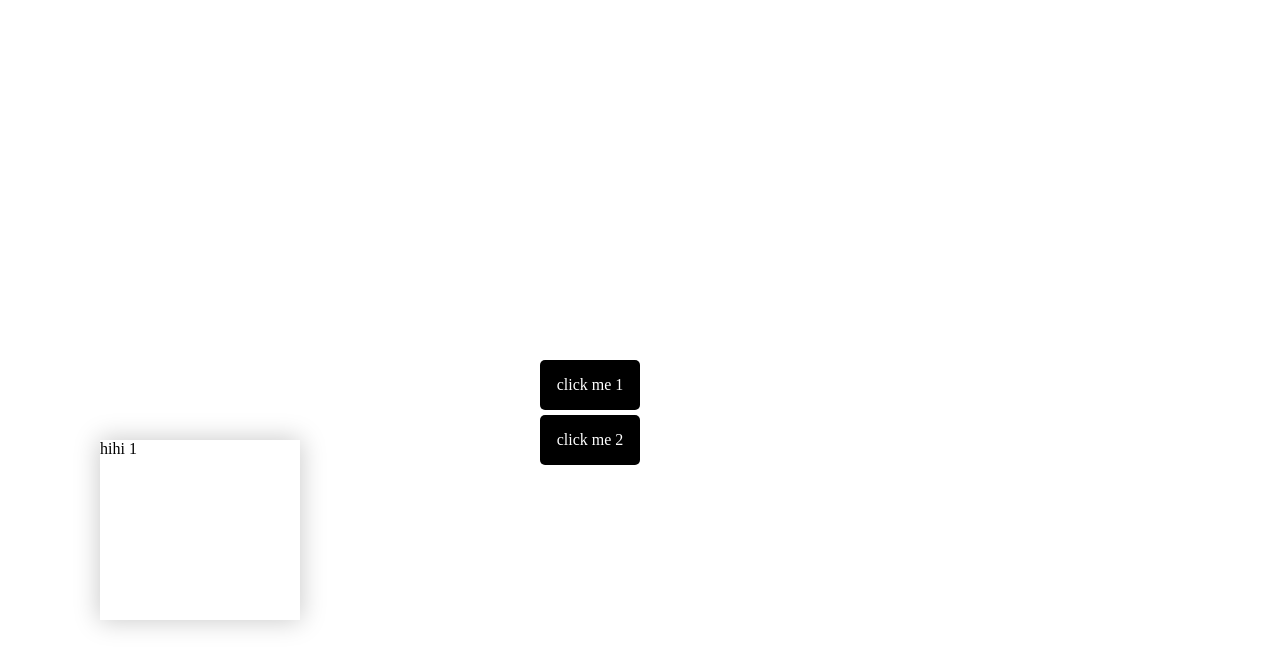
Repository: NguyenDucHung20002/project-demo2
Page: test/test2.html
The author's editor kept a copy of each file at every save. The page is drawn from the files as they stood at one save, then again after the next save.
The browser window is 1280 px wide. The pictures show the whole page.
After loading, the first visible `div.btn` was clicked once.
The style sheet was rebuilt from its Sass, Less or Tailwind sources for each picture, by a compiler version that may differ from the author's.

Above is the page before, as saved 2022-05-21 18:56:33.

After the next save:
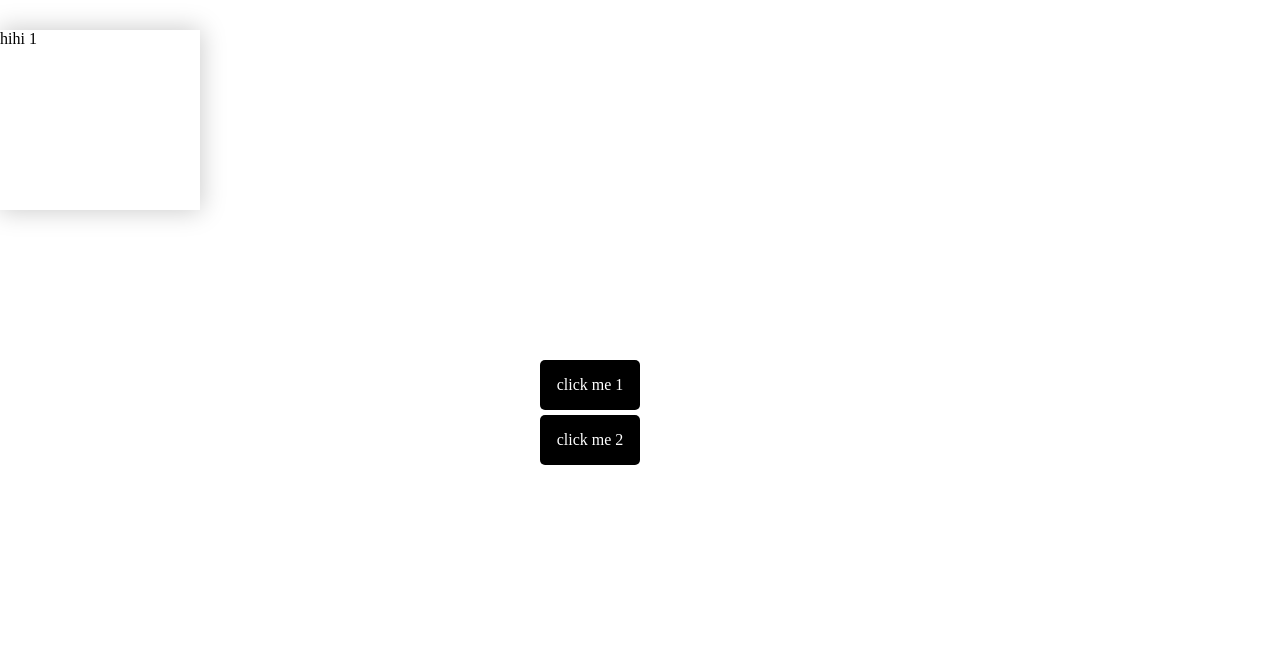
Saved 59 s later.
--- a/test/test2.scss
+++ b/test/test2.scss
@@ -33,13 +33,8 @@
   }
 }
 .active-added-product{
-  position: absolute;
-  bottom: 100px;
-  left: 100px;
   .added-product{
-
     transition: 0.3s;
-
     transition: 0.2s;
     width: 200px;
     height: 180px;

After the save that followed:
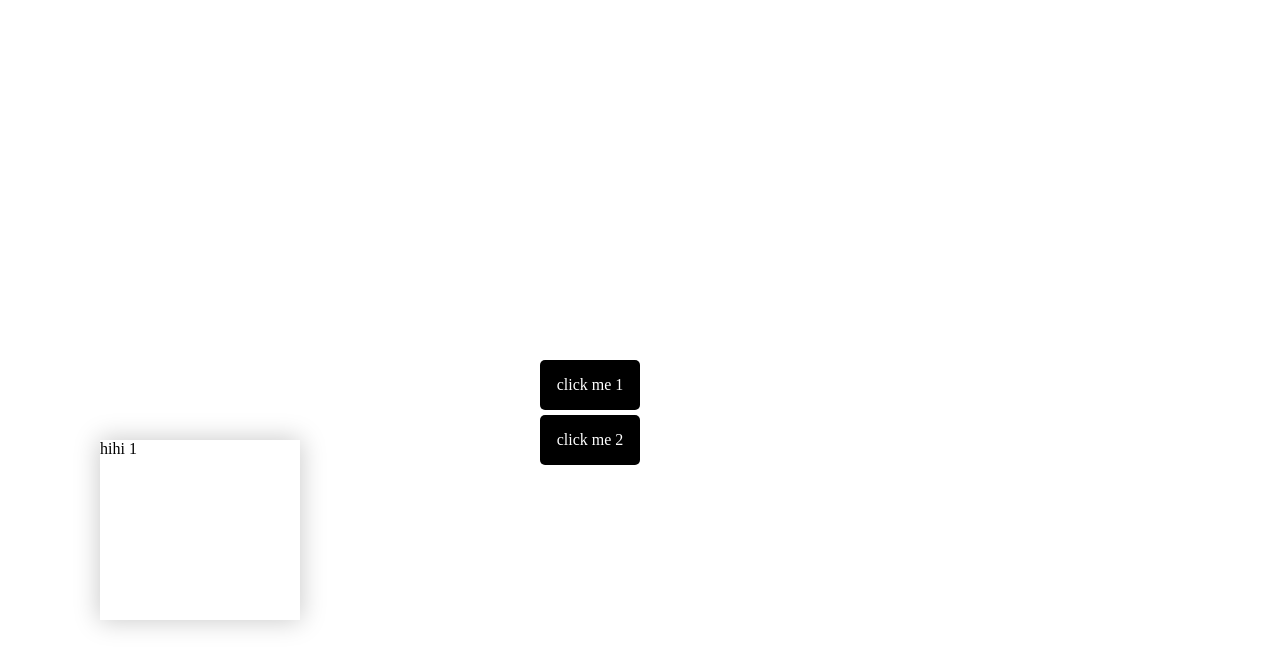
Saved 27 s later.
--- a/test/test2.scss
+++ b/test/test2.scss
@@ -33,9 +33,13 @@
   }
 }
 .active-added-product{
+  position: absolute;
+  bottom: 100px;
+  left: 100px;
   .added-product{
-    transition: 0.3s;
-    transition: 0.2s;
+    position: absolute;
+    bottom: 0;
+    left: 0;
     width: 200px;
     height: 180px;
     background-color: white;
